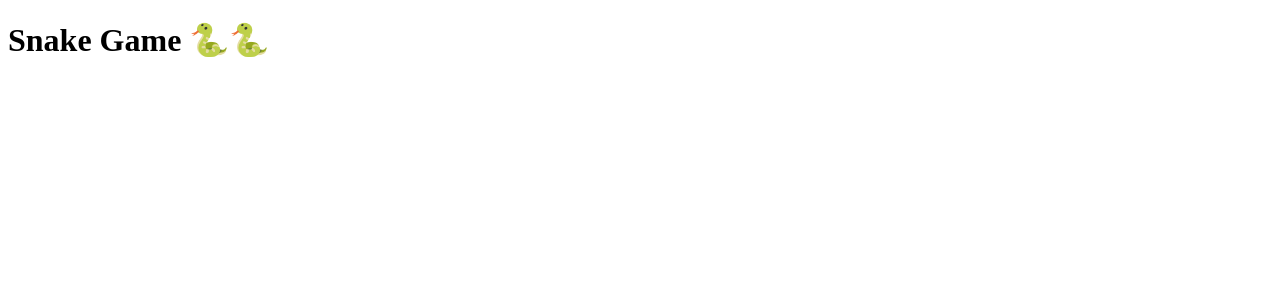
Repository: sayed683/newsnake
Page: index.html
These files come from the project's save history. The page is drawn as it stood at one moment and after a run of saves; the edit follows.
The browser window is 1280 px wide. The pictures show the whole page.

Above is the page before, as saved 2026-11-13 17:45:08.

### index.html
<!DOCTYPE html>
<html lang="en">

<head>
    <meta charset="UTF-8">
    <meta name="viewport" content="width=device-width, initial-scale=1.0">
    <title>Conda 🐍</title>
</head>

<body>

    <!-- h1 -->
    <h1>Snake Game 🐍🐍</h1>

    <!-- canvas -->
    <canvas id="my_vanvas"></canvas>

</body>

</html>

### style.css
body {
  background-color: rgb(12, 113, 79);
  align-items: center;
}

canvas {
  border: 5px solid #67c367;
}

After the next 2 saves:
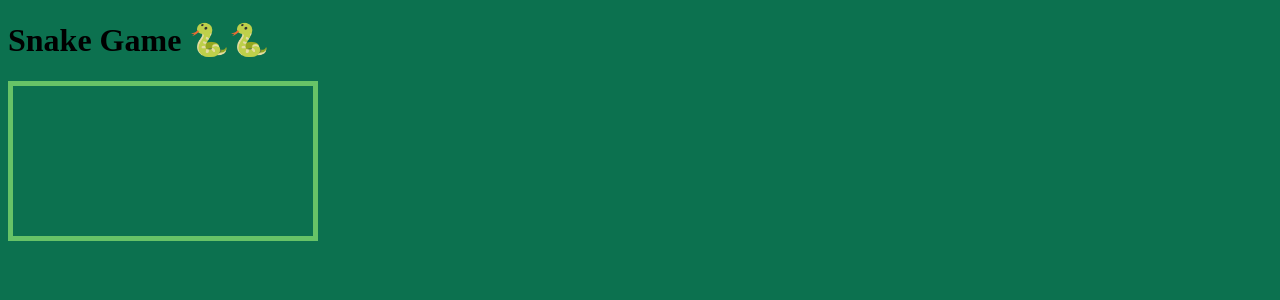
The 2 saves are shown as one change because they came seconds apart.
The last was saved 17 s later.
--- a/index.html
+++ b/index.html
@@ -5,6 +5,9 @@
     <meta charset="UTF-8">
     <meta name="viewport" content="width=device-width, initial-scale=1.0">
     <title>Conda 🐍</title>
+
+    <!-- css ref -->
+    <link rel="stylesheet" href="style.css">
 </head>
 
 <body>
